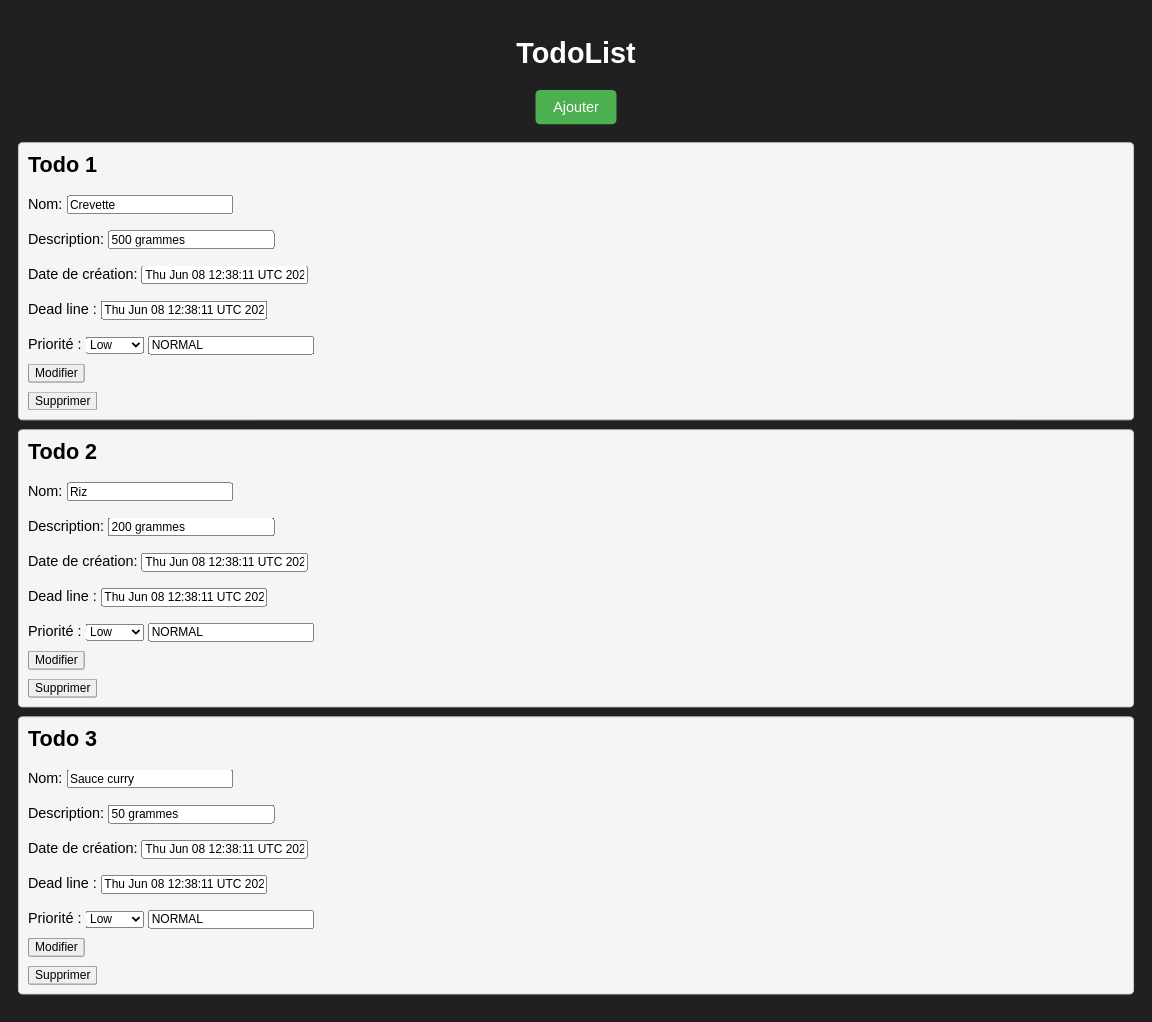
Repository: HugoGit-Hub/TodoList
Page: http://localhost/todo-list/TodoList
These files come from the project's save history. The page is drawn as it stood at one moment and after the next save; the edit follows.
The browser window is 1280 px wide. The pictures show the whole page, at 90% of full size.
The page is served by Tomcat 9.

Above is the page before, as saved 2023-06-08 17:19:57.

After the next save:
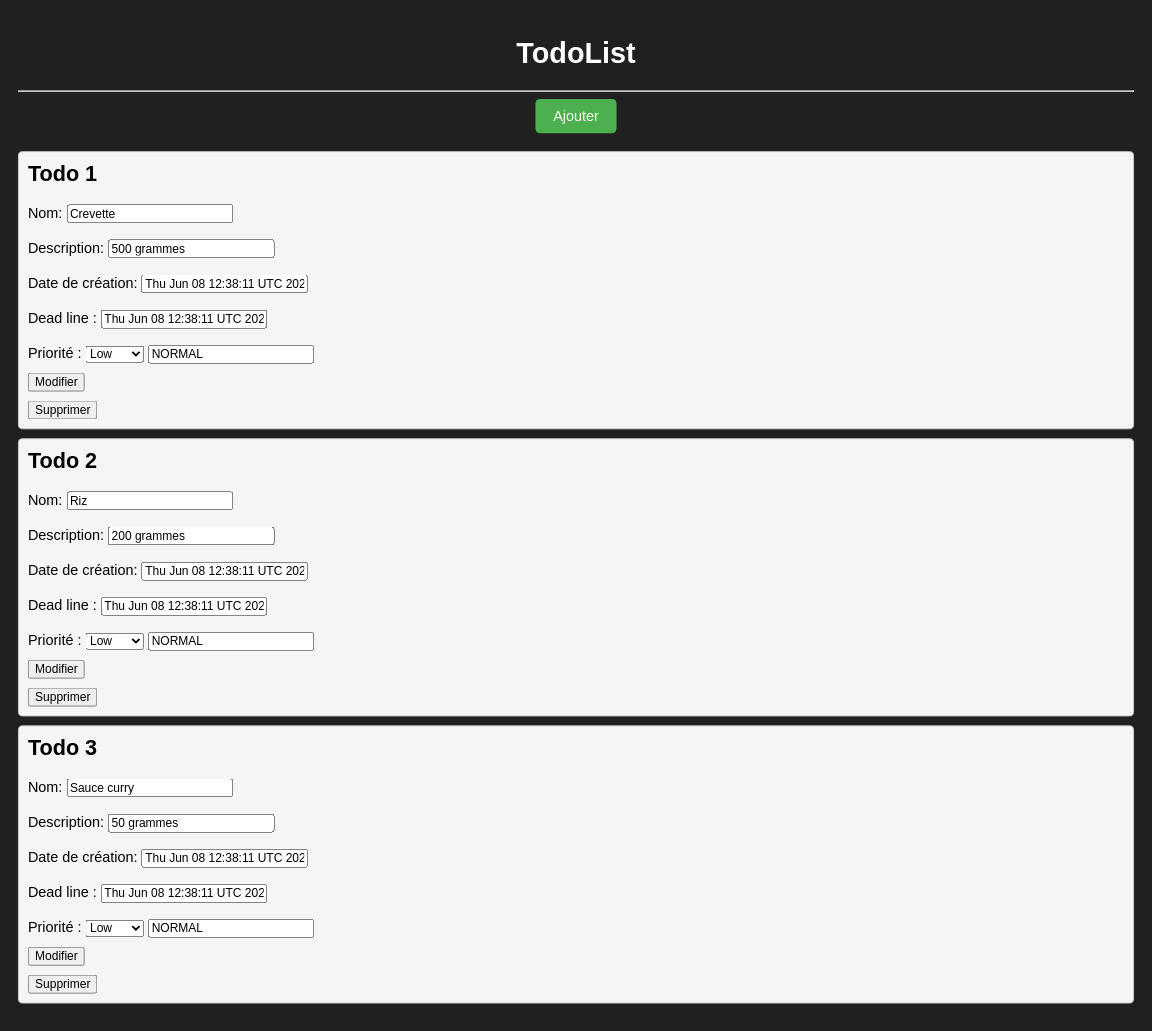
Saved 74 s later.
--- a/todo-list/src/main/webapp/jsp/todoList.jsp
+++ b/todo-list/src/main/webapp/jsp/todoList.jsp
@@ -14,7 +14,7 @@
 	</head>
 	<body>
 		<div>
-			<h1>TodoList</h1>
+			<h1>TodoList</h1><hr/>
 
 			<div class="add-button">
 				<c:url var="todoCreateUrl" value="/TodoCreate"/>
